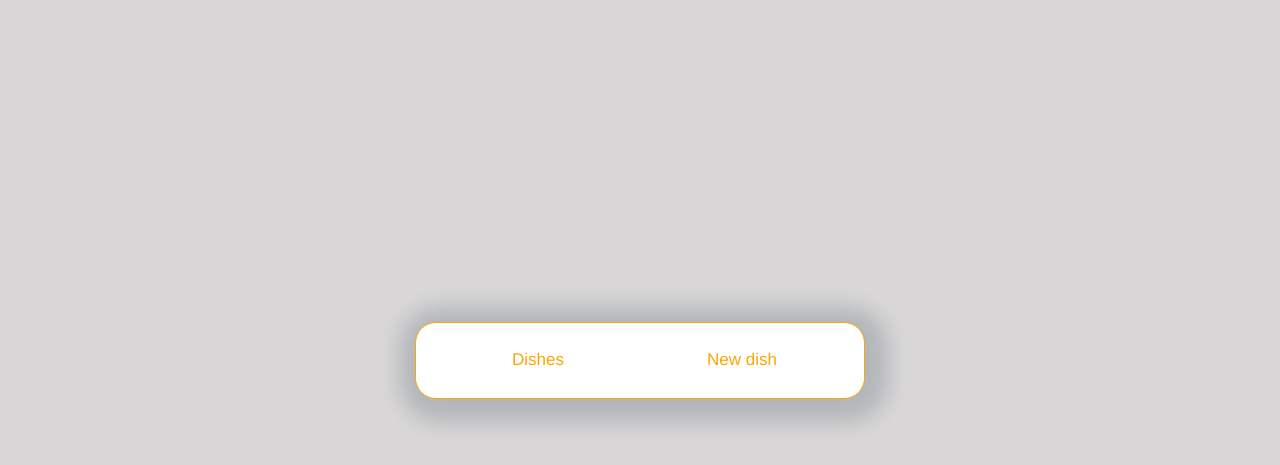
Repository: ZenLone/culinary-website
Page: / (app in frontend/)
An editor plug-in stored every save of this project. The page is shown before and after the next save, followed by the edit.
The browser window is 1280 px wide. The pictures show the whole page.
The project was rebuilt for these pictures with package versions that can differ from the ones it lists, and the page was loaded fresh each time. Also part of the build but not shown: frontend/vite.config.js, frontend/src/Dishes.vue.

Above is the page before, as saved 2025-04-06 12:32:59.

### frontend/src/assets/main.css
*,*:after,*:before{
  box-sizing: border-box;
  margin:0;
  padding:0;
  border:none;
}
body{
  height:100vh;
  align-items: center;
  display: flex;
  justify-content: center;
  background-color: #d8d6d6;
}
ul,li{
  list-style: none;
}
a{
  text-decoration: none;
}
h2{
  font-family: 'Helvetica';
}
button,input{
  outline: none;
  border:none;
}

.nav{
  display: flex;
  gap:10px;
  justify-content: space-around;
  & a{
    align-items: center;
    display: flex;
    justify-content: center;
    font-size: 17px;
    font-family: 'Helvetica';
    width: 175px;
    height:25px;
    border-radius: 12px;
    transition: background-color .4s;
    color:orange;
    &:hover{
      background-color: rgba(255, 166, 1, 0.732);
      cursor: pointer;
    }
  }
}

### frontend/src/App.vue
<script>
import { ref, computed } from 'vue';
import AddDish from './Add_Dish.vue';
import Dishes from './Dishes.vue';
import Header from './components/Header.vue';
// Определение маршрутов
const routes = {
  '/': Dishes,
  '/add_dish': AddDish
};

export default{
  components:{
  Header
  },

  setup(){
// Текущий путь (считывается из хэша URL)
const currentPath = ref(window.location.hash);

// Обновление пути при изменении хэша
window.addEventListener('hashchange', () => {
  currentPath.value = window.location.hash;
});

// Вычисляем текущий компонент на основе текущего пути
  const currentView = computed(() => {
  return routes[currentPath.value.slice(1)]
  });
  return{currentView};
  }
};


</script>

<template>
  <div class="app-container">
    <Header></Header>
    <component :is="currentView" />
  </div>
</template>

<style scoped>
.app-container {
  width: 450px;
  padding: 25px;
  border: 1px solid orange;
  border-radius: 21px;
  background-color: white;
  box-shadow: 4px 4px 19px 19px rgba(34, 60, 80, 0.2);
}

</style>

### frontend/src/Add_Dish.vue
<script>
import { ref } from 'vue';
import axios from 'axios';
export default{
  name:'App',
  components:{

  },
  setup(){

    //data
    const ingredients = ref([]);
    const dish_name = ref('');
    const dish_time = ref('Не указано');
    //methods
    const addIngredientInput = () => {
      ingredients.value.push('');
    };
    const getFormData = async () => {
      const hasIngredients = ingredients.value.some((ingredient) => ingredient.trim() != '');
      if(!hasIngredients){
        console.log('Добавленные ингредиенты, не были заполненны!');
      }
      else if(!dish_name.value){
        console.log('Блюдо не названо!');
      }
      else{
        const filteredIngredients = ingredients.value.filter((ingredient) => ingredient.trim() !== '');
        // console.log('Название блюда:', dish_name.value);
        // console.log("Время приготовления:", dish_time.value);
        // console.log('Ингредиенты:', filteredIngredients);
        const data = {
          name:dish_name.value,
          ingredients:filteredIngredients,
          time:dish_time.value
        }
        console.log(data);
        try{
          const response = await axios.post('http://127.0.0.1:8000/api/data', data);
          console.log('Данные успешно отправлены:', response.data);
        }
        catch(error){
          console.error('Ошибка при отправке данных:', error.message);
        }
      }
    };
    const removeIngredient = (index) => {
      ingredients.value.pop(); // Удаляем элемент из массива по индексу
    };
    //computed

    //watch

    //Хуки

    return {
  dish_name,
  ingredients,
  addIngredientInput,
  getFormData,
  removeIngredient,
  dish_time
  };
  }
}
</script>

<template>

  <!-- <div class="nav">
    <h2>Блюда</h2>
    <h2>Добавить блюдо</h2>
  </div> -->
  <div class="container">
    <h2>Добавление блюда: {{ dish_name }}</h2>
    <input class="dish_name_input" placeholder="Название блюда" @input="dish_name = $event.target.value" type="text">

    <div class="time-container">
      <h2>Время приготовления:</h2>
      <input type="text" @input="dish_time = $event.target.value" placeholder="Введите...">
    </div>

    <h2 class="h2-additions">Ингредиенты:</h2>
    <div  class="additions-input-container">
      <input v-for="(ingredient, index) in ingredients" :key="index" class="addition_input" v-model="ingredients[index] "  type="text" placeholder="Введите..."></input>
    </div>
    <div class="additions-btns-container">
    <button class="addition_button" type="button" @click="removeIngredient(index)">
      <svg xmlns="http://www.w3.org/2000/svg" viewBox="0 0 448 512"><path d="M432 256c0 17.7-14.3 32-32 32L48 288c-17.7 0-32-14.3-32-32s14.3-32 32-32l352 0c17.7 0 32 14.3 32 32z"/></svg></button>
    <button class="addition_button" @click="addIngredientInput" type="button"><svg xmlns="http://www.w3.org/2000/svg" viewBox="0 0 448 512"><path d="M256 80c0-17.7-14.3-32-32-32s-32 14.3-32 32V224H48c-17.7 0-32 14.3-32 32s14.3 32 32 32H192V432c0 17.7 14.3 32 32 32s32-14.3 32-32V288H400c17.7 0 32-14.3 32-32s-14.3-32-32-32H256V80z"/></svg></button>
  </div>
    <div class="btn-container">
      <button class="add-btn" @click="getFormData">Добавить блюдо</button>
    </div>

  </div>


</template>

<style scoped>
.app-container{
  width:450px;
  padding:25px 25px 5px;
  border:1px solid orange;
  border-radius: 21px;
  background-color: white;
  box-shadow: 4px 4px 19px 19px rgba(34, 60, 80, 0.2);
}
.nav{
  display: flex;
  gap:10px;
  justify-content: space-around;
  & h2{
    align-items: center;
    display: flex;
    justify-content: center;
    font-size: 17px;
    font-family: 'Helvetica';
    width: 175px;
    height:25px;
    border-radius: 12px;
    transition: background-color .4s;
    &:hover{
      background-color: rgba(255, 166, 1, 0.732);
      cursor: pointer;
    }
  }
}
.dish_name_input{
  background-color: rgb(185, 185, 185);
  width:100%;
  height:30px;
  font-size: 16px;
  font-family: 'Helvetica';
  border-radius: 15px;
  padding:0 10px;
  &::placeholder{
    color:rgb(92, 90, 90);
  }
}
.container{
  & h2{
    padding:5px;
    font-size: 21px;
  }
}
.time-container{
  display: flex;
  align-items: center;
  margin-top: 5px;
  & h2{
    font-size: 17px;
  }
  & input{
    width:125px;
    border:1px solid orange;
    height:25px;
    padding:7px;
    border-radius: 9px;
    font-size: 14px;
    font-family: 'Helvetica';
  }
}
.h2-additions{
  font-size: 17px;
}
.addition_input{
  font-size: 14px;
  border:1px solid orange;
  border-radius: 9px;
  width:115px;

  height:25px;
  padding:0 5px;
  cursor: pointer;
  transition: all .3s ease-out;
  &:hover{
    background-color: orange;
    color:black;
  }
}

.addition_button{
  font-size: 14px;
  border:1px solid orange;
  border-radius: 9px;
  width:65px;
  background-color: transparent;
  height:25px;
  padding:0 5px;
  cursor: pointer;
  display: flex;
  align-items: center;
  justify-content: center;
  transition: all .3s ease-out;
  & svg{
    width:17px;
    height:17px;
  }
  & path{
    fill:orange;
  }
  &:hover{
    background-color: orange;
    & path{
      fill:black;
    }
  }
}
.additions-input-container{
  padding:0 5px;
  gap:15px;
  display: flex;
  flex-wrap: wrap;
  justify-content: left;
}

.additions-btns-container{
  display: flex;
  column-gap: 10px;
  margin-top: 10px;
}
.add-btn{
  padding:5px 10px;
  background-color: orange;
  font-size: 16px;
  font-family: 'Helvetica';
  border-radius: 3px;
  cursor: pointer;
  height:30px;
  transition: all .2s;
  &:hover{
    opacity: 0.85;
  }
  &:active{
    position: absolute;
    top:2px;
    height:30px;
  }
}
.btn-container{
  justify-content: center;
  display: flex;
  margin-top: 10px;
  height:32px;
  position: relative;
}
</style>

### frontend/src/components/Header.vue
<script>

export default{
  name:'Header',
  components:{

  },
  setup(){

    //data

    //methods

    //computed

    //watch

    //Хуки
  }
}
</script>

<template>
  <div class="nav">
    <a href="#/">Dishes</a>
    <a href="#/add_dish">New dish</a>
  </div>
</template>

<style scoped>

</style>

Loaded but not shown: frontend/index.html (common file); frontend/src/main.js (common file)

After the next save:
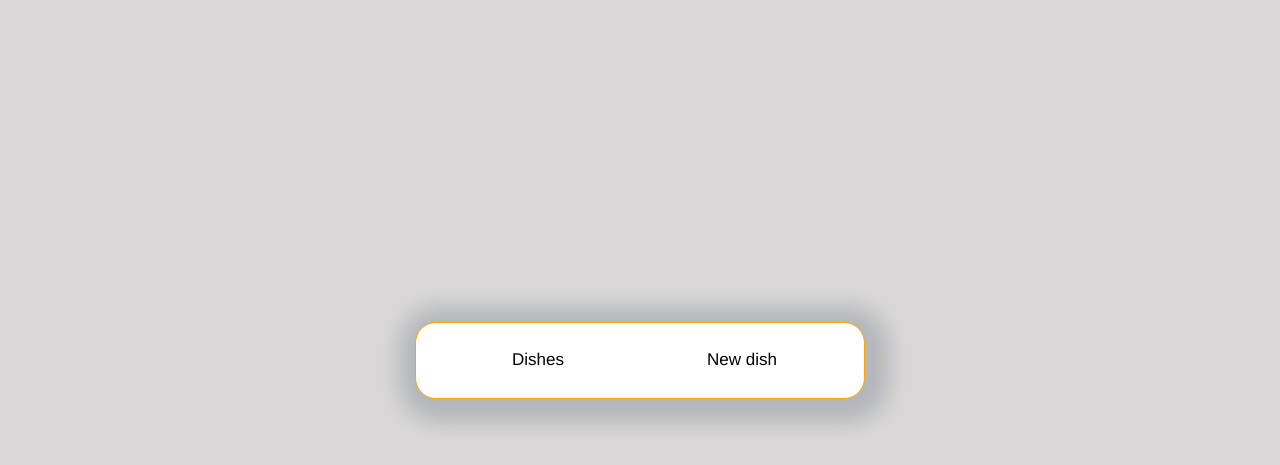
Saved 6 s later.
--- a/frontend/src/assets/main.css
+++ b/frontend/src/assets/main.css
@@ -39,7 +39,7 @@ button,input{
     height:25px;
     border-radius: 12px;
     transition: background-color .4s;
-    color:orange;
+    color:black;
     &:hover{
       background-color: rgba(255, 166, 1, 0.732);
       cursor: pointer;
